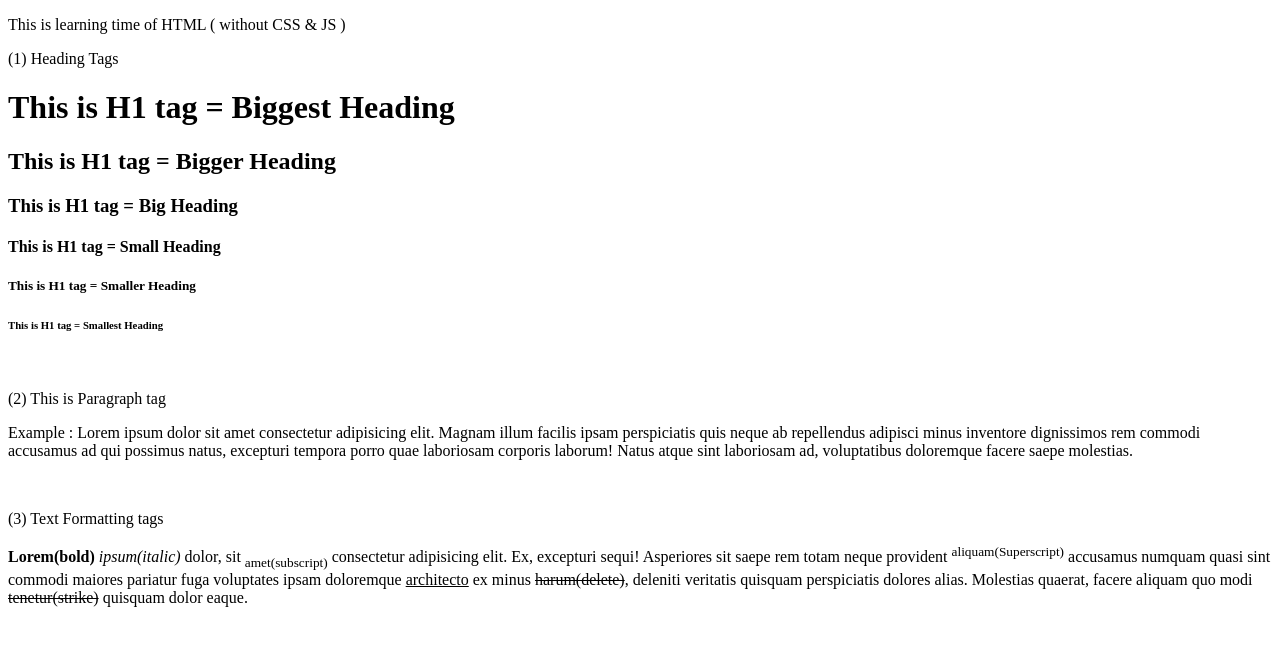
Repository: diptods/Frontend-in-60-DAYS
Page: Day01/learning/learn.html
An editor plug-in stored every save of this project. The page is shown before and after the next save, followed by the edit.
The browser window is 1280 px wide. The pictures show the whole page.

Above is the page before, as saved 2026-05-28 11:50:36.

After the next save:
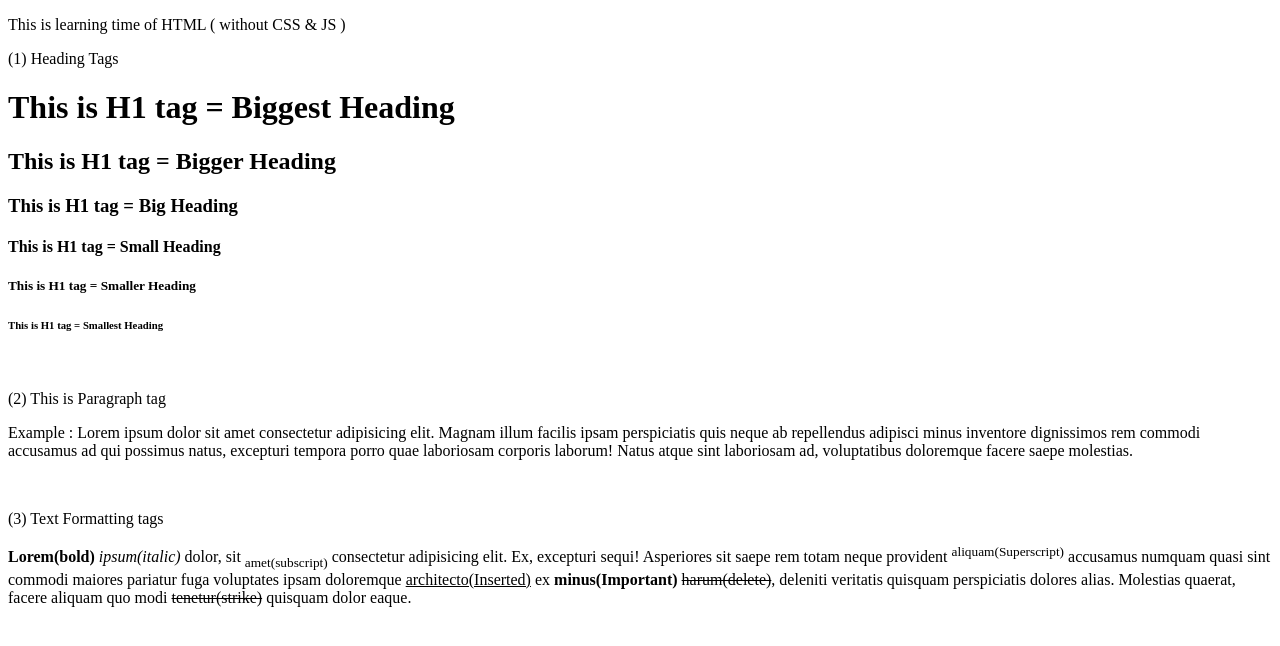
Saved 59 s later.
--- a/Day01/learning/learn.html
+++ b/Day01/learning/learn.html
@@ -26,7 +26,7 @@
     <p>(3) Text Formatting tags</p>
     <p><b>Lorem(bold)</b> <i>ipsum(italic)</i> dolor, sit <sub>amet(subscript)</sub> consectetur adipisicing elit. Ex, excepturi sequi! Asperiores sit saepe rem totam
         neque provident <sup>aliquam(Superscript)</sup> accusamus numquam quasi sint commodi maiores pariatur fuga voluptates ipsam doloremque
-        <ins>architecto</ins> ex minus <del>harum(delete)</del>, deleniti veritatis quisquam perspiciatis dolores alias. Molestias quaerat, facere
+        <ins>architecto(Inserted)</ins> ex <strong>minus(Important)</strong> <del>harum(delete)</del>, deleniti veritatis quisquam perspiciatis dolores alias. Molestias quaerat, facere
         aliquam quo modi <strike>tenetur(strike)</strike> quisquam dolor eaque.</p>
 </body>
 
